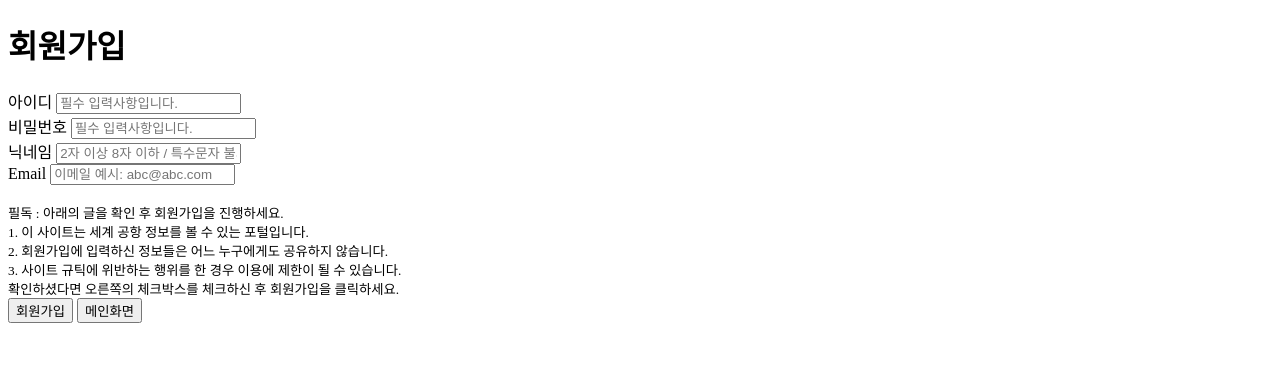
Repository: Gansaw/Airport_Portal
Page: http://localhost/signup
An editor plug-in stored every save of this project. The page is shown before and after the next save, followed by the edit.
The browser window is 1280 px wide. The pictures show the whole page.
The page is this project's Thymeleaf template; nobody is signed in. The template is opened directly, without the code that normally fills it, so the values that code supplies are empty.

Above is the page before, as saved 2023-07-27 07:06:05.

After the next save:
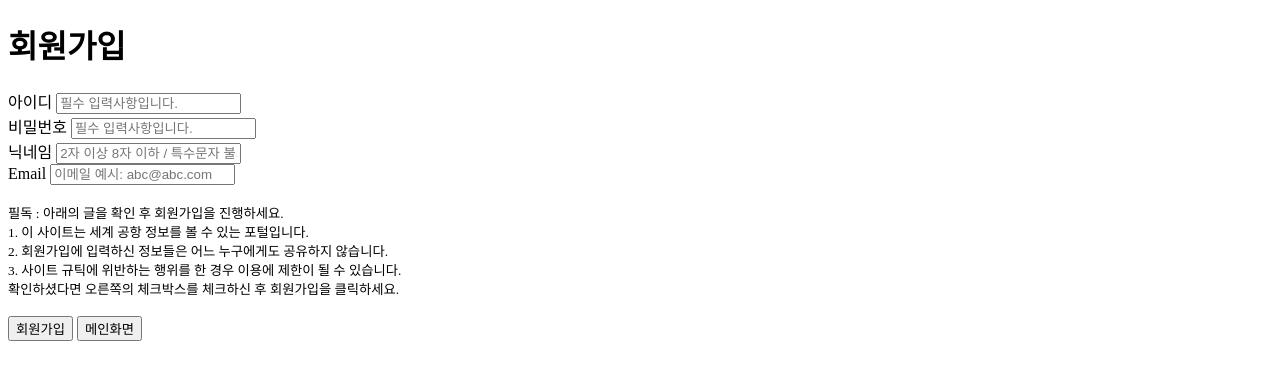
Saved 11 s later.
--- a/WebServiceDevelop/WebProject/src/main/resources/templates/signup.html
+++ b/WebServiceDevelop/WebProject/src/main/resources/templates/signup.html
@@ -30,7 +30,7 @@
 			<small>1. 이 사이트는 세계 공항 정보를 볼 수 있는 포털입니다.</small><br/>
 			<small>2. 회원가입에 입력하신 정보들은 어느 누구에게도 공유하지 않습니다.</small><br/>
 			<small>3. 사이트 규틱에 위반하는 행위를 한 경우 이용에 제한이 될 수 있습니다.</small><br/>
-			<small>확인하셨다면 오른쪽의 체크박스를 체크하신 후 회원가입을 클릭하세요.</small><br/>
+			<small>확인하셨다면 오른쪽의 체크박스를 체크하신 후 회원가입을 클릭하세요.</small><br/> <br/>
 
 			<button type="submit">회원가입</button>
 			<button type="submit">메인화면</button>
